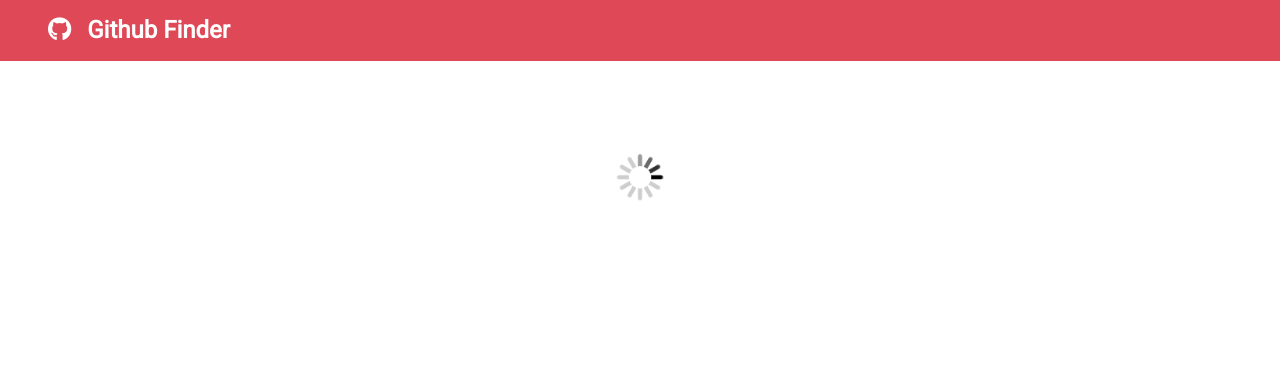
Repository: Garry028/Github-Finder
Page: /
An editor plug-in stored every save of this project. The page is shown before and after a run of saves, followed by the edit.
The browser window is 1280 px wide. The pictures show the whole page.
The page's requests for data from a server got no answer. Some web libraries are served in a nearby version. The project was rebuilt for these pictures with package versions that can differ from the ones it lists, and the page was loaded fresh each time. No one was signed in, and anything a server would have sent is missing. Also part of the build but not shown: src/Components/Users/UserItem.js.

Above is the page before, as saved 2022-08-08 11:41:43.

### public/index.html
<!DOCTYPE html>
<html lang="en">
  <head>
    <meta charset="utf-8" />
    <link rel="icon" href="%PUBLIC_URL%/favicon.ico" />
    <meta name="viewport" content="width=device-width, initial-scale=1" />
    <meta name="theme-color" content="#000000" />
    <meta
      name="description"
      content="Web site created using create-react-app"
    />
    <link rel="apple-touch-icon" href="%PUBLIC_URL%/logo192.png" />

    <link rel="manifest" href="%PUBLIC_URL%/manifest.json" />
    <script src="https://kit.fontawesome.com/fa0a123442.js" crossorigin="anonymous"></script>
    <title>Github Finder</title>
  </head>
  <body>
    <noscript>You need to enable JavaScript to run this app.</noscript>
    <div id="root"></div>

  </body>
</html>

### src/App.js
import './App.css';
import React, { Component } from 'react'
import Navbar from './Components/layout/Navbar';
import Users from './Components/Users/Users';
import axios from 'axios';



class App extends Component {

  state = {
    users: [],
    loading: false
  }

  async componentDidMount() {


    this.setState({ loading: true });

    const res = await axios.get(`https://api.github.com/users?client_id=${process.env.REACT_APP_GITHUB_CLIENT_ID}&client_secret=${process.env.REACT_APP_GITHUB_CLIENT_SECRET}`);

    this.setState({ users: res.data, loading: false });
  }
  // Called immediately after a component is mounted. Setting state here will trigger re-rendering.
  render() {
    return (
      <div className='App'>
        <Navbar title={"Github Finder"} />
        <div className="container">
          <Users loading={this.state.loading} users={this.state.users} />
        </div>
      </div>
    )
  }
}
export default App;

### src/App.css
@import url('https://fonts.googleapis.com/css?family=Roboto');

/* Global Styles */
:root {
  --primary-color: #dc3545;
  --dark-color: #333333;
  --light-color: #f4f4f4;
  --danger-color: #dc3545;
  --success-color: #28a745;
}

* {
  box-sizing: border-box;
  margin: 0;
  padding: 0;
}

body {
  font-family: 'Roboto', sans-serif;
  font-size: 1rem;
  line-height: 1.6;
  background-color: #fff;
  color: #333;
}

a {
  color: var(--primary-color);
  text-decoration: none;
}

a:hover {
  color: #666;
}

ul {
  list-style: none;
}

img {
  width: 100%;
}

/* Utilities */
.container {
  max-width: 1100px;
  margin: auto;
  overflow: hidden;
  padding: 0 2rem;
}

/* Text Styles*/
.x-large {
  font-size: 4rem;
  line-height: 1.2;
  margin-bottom: 1rem;
}

.large {
  font-size: 3rem;
  line-height: 1.2;
  margin-bottom: 1rem;
}

.lead {
  font-size: 1.5rem;
  margin-bottom: 1rem;
}

.text-center {
  text-align: center;
}

.text-primary {
  color: var(--primary-color);
}

.text-dark {
  color: var(--dark-color);
}

.text-success {
  color: var(--success-color);
}

.text-danger {
  color: var(--danger-color);
}

.text-center {
  text-align: center;
}

.text-right {
  text-align: right;
}

.text-left {
  text-align: left;
}

/* Center All */
.all-center {
  display: flex;
  flex-direction: column;
  width: 100%;
  margin: auto;
  justify-content: center;
  align-items: center;
  text-align: center;
}

/* Cards */
.card {
  padding: 1rem;
  border: #ccc 1px dotted;
  margin: 0.7rem 0;
}

/* List */
.list {
  margin: 0.5rem 0;
}

.list li {
  padding-bottom: 0.3rem;
}

/* Padding */
.p {
  padding: 0.5rem;
}
.p-1 {
  padding: 1rem;
}
.p-2 {
  padding: 2rem;
}
.p-3 {
  padding: 3rem;
}
.py {
  padding: 0.5rem 0;
}
.py-1 {
  padding: 1rem 0;
}
.px-1{
  padding:0 1rem ;
}
.py-2 {
  padding: 2rem 0;
}
.py-3 {
  padding: 3rem 0;
}

/* Margin */
.m {
  margin: 0.5rem;
}
.m-1 {
  margin: 1rem;
}
.m-2 {
  margin: 2rem;
}
.m-3 {
  margin: 3rem;
}
.my {
  margin: 0.5rem 0;
}
.my-1 {
  margin: 1rem 0;
}
.my-2 {
  margin: 2rem 0;
}
.my-3 {
  margin: 3rem 0;
}

/* Grid */
.grid-2 {
  display: grid;
  grid-template-columns: repeat(2, 1fr);
  grid-gap: 1rem;
}

.grid-3 {
  display: grid;
  grid-template-columns: repeat(3, 1fr);
  grid-gap: 1rem;
}

.grid-4 {
  display: grid;
  grid-template-columns: repeat(4, 1fr);
  grid-gap: 1rem;
}

.btn {
  display: inline-block;
  background: var(--light-color);
  color: #333;
  padding: 0.4rem 1.3rem;
  font-size: 1rem;
  border: none;
  cursor: pointer;
  margin-right: 0.5rem;
  transition: opacity 0.2s ease-in;
  outline: none;
}

.btn-link {
  background: none;
  padding: 0;
  margin: 0;
}

.btn-block {
  display: block;
  width: 100%;
}

.btn-sm {
  font-size: 0.8rem;
  padding: 0.3rem 1rem;
  margin-right: 0.2rem;
}

.badge {
  display: inline-block;
  font-size: 0.8rem;
  padding: 0.2rem 0.7rem;
  text-align: center;
  margin: 0.3rem;
  background: var(--light-color);
  color: #333;
  border-radius: 5px;
}

.alert {
  padding: 0.7rem;
  margin: 1rem 0;
  opacity: 0.9;
  background: var(--light-color);
  color: #333;
}

.btn-primary,
.bg-primary,
.badge-primary,
.alert-primary {
  background: var(--primary-color);
  color: #fff;
}

.btn-light,
.bg-light,
.badge-light,
.alert-light {
  background: var(--light-color);
  color: #333;
}

.btn-dark,
.bg-dark,
.badge-dark,
.alert-dark {
  background: var(--dark-color);
  color: #fff;
}

.btn-danger,
.bg-danger,
.badge-danger,
.alert-danger {
  background: var(--danger-color);
  color: #fff;
}

.btn-success,
.bg-success,
.badge-success,
.alert-success {
  background: var(--success-color);
  color: #fff;
}

.btn-white,
.bg-white,
.badge-white,
.alert-white {
  background: #fff;
  color: #333;
  border: #ccc solid 1px;
}

.btn:hover {
  opacity: 0.8;
}

.bg-light,
.badge-light {
  border: #ccc solid 1px;
}

.round-img {
  border-radius: 50%;
}

/* Forms */
input {
  margin: 1.2rem 0;
}

.form-text {
  display: block;
  margin-top: 0.3rem;
  color: #888;
}

input[type='text'],
input[type='email'],
input[type='password'],
input[type='date'],
select,
textarea {
  display: block;
  width: 100%;
  padding: 0.4rem;
  font-size: 1.2rem;
  border: 1px solid #ccc;
}

input[type='submit'],
button {
  font: inherit;
}

table th,
table td {
  padding: 1rem;
  text-align: left;
}

table th {
  background: var(--light-color);
}

/* Navbar */
.navbar {
  display: flex;
  justify-content: space-between;
  align-items: center;
  padding: 0.7rem 2rem;
  z-index: 1;
  width: 100%;
  opacity: 0.9;
  margin-bottom: 1rem;
}

.navbar ul {
  display: flex;
}

.navbar a {
  color: #fff;
  padding: 0.45rem;
  margin: 0 0.25rem;
}

.navbar a:hover {
  color: var(--light-color);
}

.navbar .welcome span {
  margin-right: 0.6rem;
}

/* Mobile Styles */
@media (max-width: 700px) {
  .hide-sm {
    display: none;
  }

  .grid-2,
  .grid-3,
  .grid-4 {
    grid-template-columns: 1fr;
  }

  /* Text Styles */
  .x-large {
    font-size: 3rem;
  }

  .large {
    font-size: 2rem;
  }

  .lead {
    font-size: 1rem;
  }

  /* Navbar */
  .navbar {
    display: block;
    text-align: center;
  }

  .navbar ul {
    text-align: center;
    justify-content: center;
  }
}

### src/Components/layout/Navbar.js
import React from "react";

const Navbar = (props) =>{

        return (
            <nav className="navbar bg-primary">
                <h1>
                    <i className="fab fa-github px-1" />{props.title}
                </h1>
            </nav>
        );
}
export default Navbar;

### src/Components/Users/Users.js
import React from 'react'
import Spinner from '../layout/Spinner';
import UserItem from './UserItem';
import PropTypes from 'prop-types';

const Users = ({ users, loading }) => {

    if (loading) {
        return <Spinner/>
    }
    else {
        return (
            <div style={userStyle}>
                {users.map(user => (
                    <UserItem key={user.id} user={user} />
                ))}
            </div>
        )
    }
}

Users.propTypes={
    users:PropTypes.array.isRequired,
    loading:PropTypes.bool.isRequired
}
// this is type checking

const userStyle = {

    display: 'grid',
    gridTemplateColumns: 'repeat(3,1fr)',
    gridGap: '1rem'
}


export default Users;

### src/Components/layout/Spinner.js
import React from 'react';
import spinner from './spinner.gif';

const Spinner = () => {
  return (
    <>
    <img src={spinner} alt="Loading..." style={myStyle} />
    </>
  )
}
const myStyle ={
    width:'200px',
    margin:'auto',
    display:'block'
}
export default Spinner;

### src/Components/Users/Search.js
import React, { Component } from 'react'

class Search extends Component {
  render() {
    return (
      <div>
        <form  className="form">
        <input type="text" name='text' placeholder='Search User...'/>
        <input type="submit" value="Search" className='btn btn-dark btn-block' />
        </form>
      </div>
    )
  }
}

export default Search;

Loaded but not shown: src/index.js (common file); src/reportWebVitals.js (common file)

After the next 2 saves:
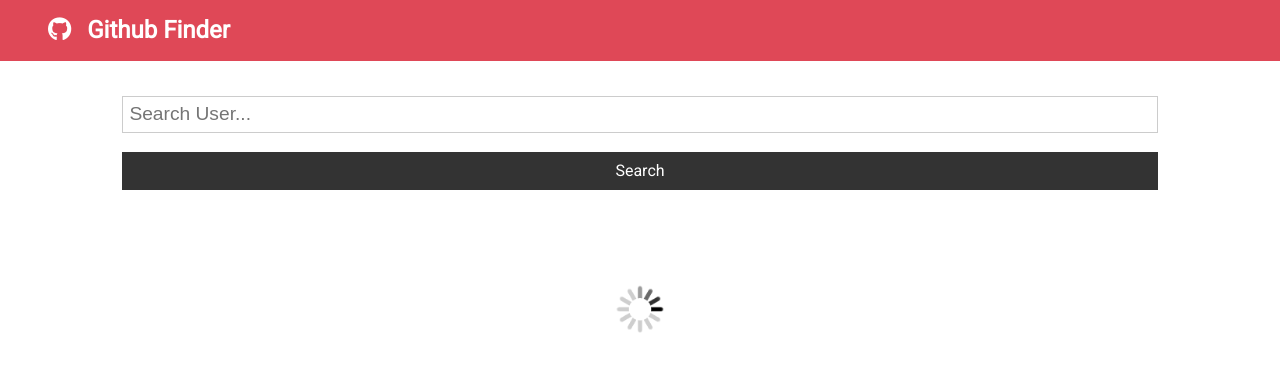
The 2 saves are shown as one change because they came seconds apart.
The last was saved 23 s later.
--- a/src/App.js
+++ b/src/App.js
@@ -3,6 +3,7 @@ import React, { Component } from 'react'
 import Navbar from './Components/layout/Navbar';
 import Users from './Components/Users/Users';
 import axios from 'axios';
+import Search from './Components/Users/Search';
 
 
 
@@ -28,6 +29,7 @@ class App extends Component {
       <div className='App'>
         <Navbar title={"Github Finder"} />
         <div className="container">
+          <Search/>
           <Users loading={this.state.loading} users={this.state.users} />
         </div>
       </div>
